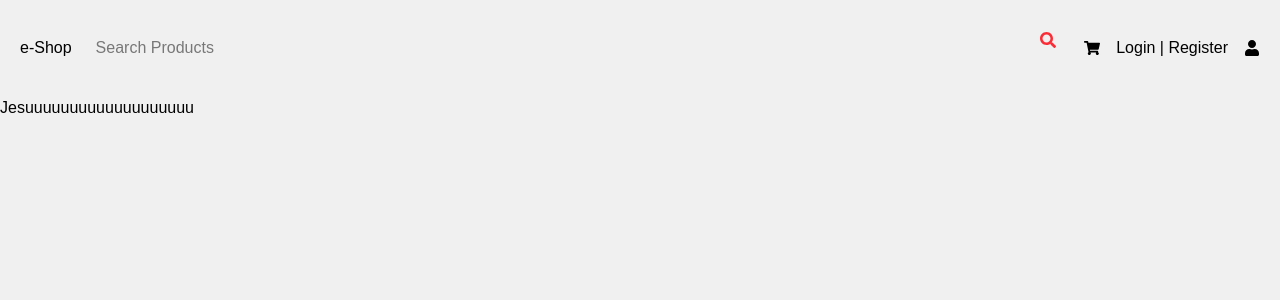
Repository: EmmyDunny1/frontend-ecommerce
Page: /
These files come from the project's save history. The page is drawn as it stood at one moment and after the next save; the edit follows.
The browser window is 1280 px wide. The pictures show the whole page.
The project was rebuilt for these pictures with package versions that can differ from the ones it lists, and the page was loaded fresh each time. Also part of the build but not shown: vite.config.js.

Above is the page before, as saved 2025-05-09 11:30:56.

After the next save:
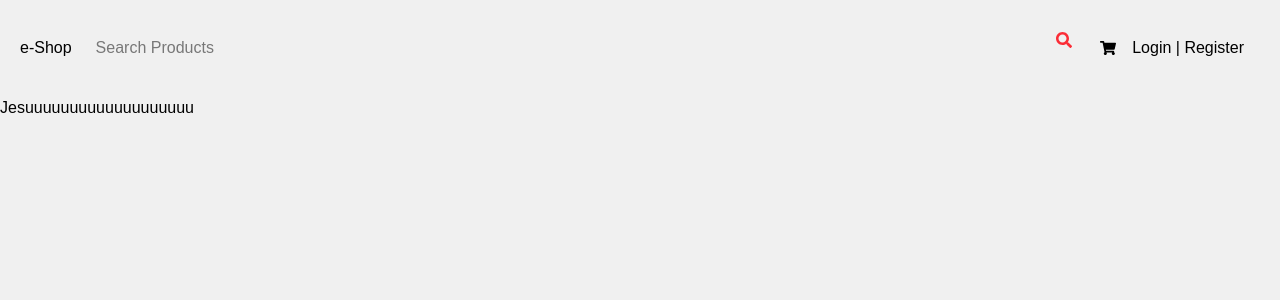
Saved 4 s later.
--- a/src/components/Navbar.jsx
+++ b/src/components/Navbar.jsx
@@ -18,7 +18,7 @@ const Navbar = () => {
         <div className='flex items-center space-x-4'>
           <Link to='/Cart'><FaShoppingCart/></Link>
           <button className='hidden md:block'>Login | Register</button>
-          <button className='block md:'><FaUser/> </button>
+          <button className='block md:hidden'><FaUser/> </button>
         </div>
       </div>
     </nav>
